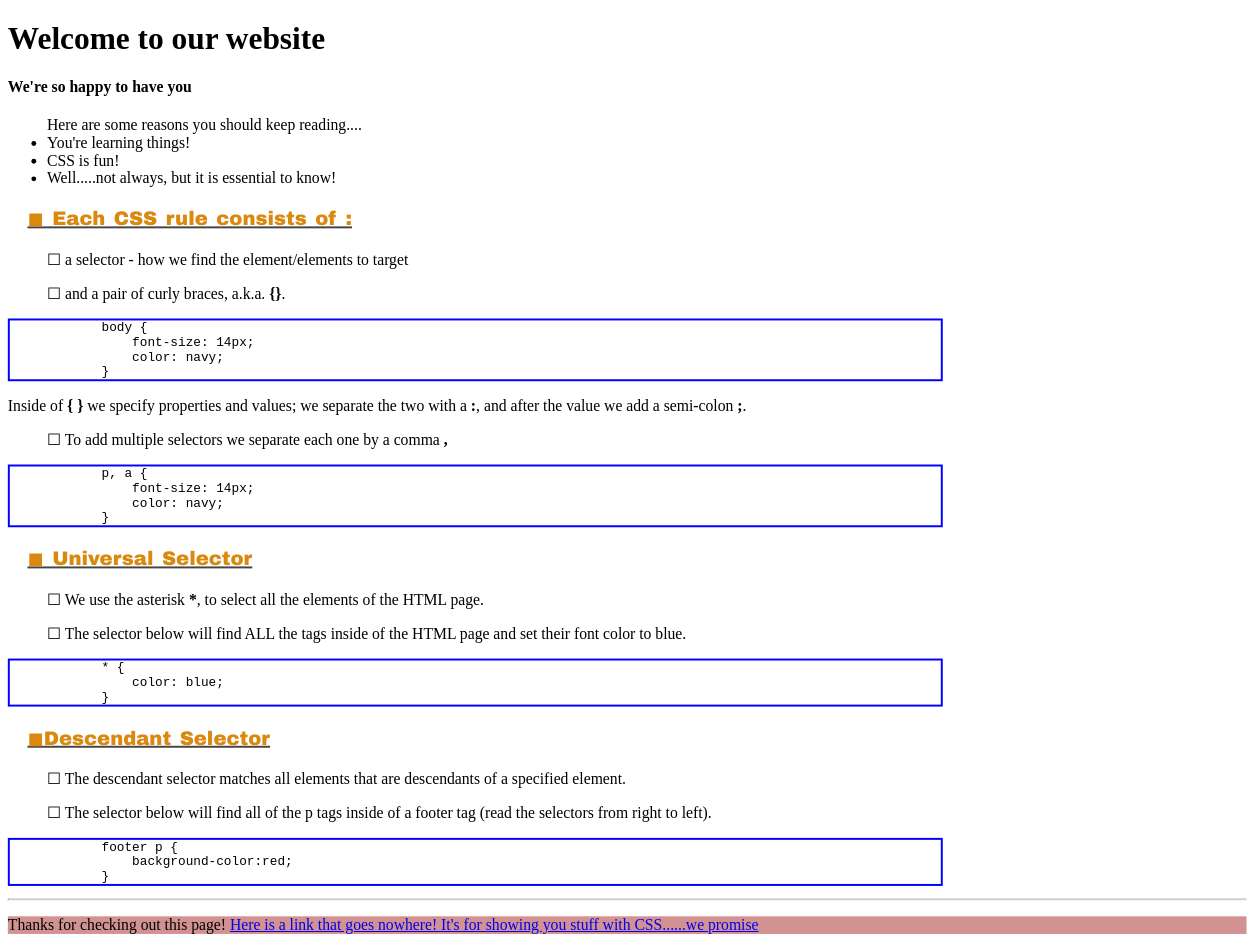
Repository: AnnaSpirit/Tests__
Page: CSS/Useful_Selectors.html
The author's editor kept a copy of each file at every save. The page is drawn from the files as they stood at one save, then again after a run of saves.
The browser window is 1280 px wide. The pictures show the whole page, at 98% of full size.

Above is the page before, as saved 2024-04-01 17:33:16.

### CSS/Useful_Selectors.html
<!DOCTYPE html>
<html lang="en">
<head>
    <meta charset="UTF-8">
    <meta name="viewport" content="width=device-width, initial-scale=1.0">
    <title>Useful Selectors</title>
    <link rel="stylesheet" href="style_Selectors.css">
</head>
<body>
    <header>
        <h1>Welcome to our website</h1>
        <h4>We're so happy to have you</h4>
    </header>
    <section>
        <ul> Here are some reasons you should keep reading....
            <li>You're learning things!</li>
            <li>CSS is fun!</li>
            <li>Well.....not always, but it is essential to know!</li>
        </ul>
    </section>
    <section>
        <h3 style="padding-left: 20px;"> &#9724; Each CSS rule consists of :</h3>
            <p style="padding-left: 40px;"> &#9744; a selector - how we find the element/elements to target</p>
            <p style="padding-left: 40px;"> &#9744; and a pair of curly braces, a.k.a. <b>{}</b>.</p>
    <span >
        <pre style="border: 2px solid blue; margin-right: 310px">
            body {
                font-size: 14px;
                color: navy;
            }</pre></span>
    <p>Inside of <b>{ }</b> we specify properties and values; we separate the two with a <b>:</b>, and after the value we add a semi-colon <b>;</b>.</p>
            <p style="padding-left: 40px;"> &#9744; To add multiple selectors we separate each one by a comma <b>,</b></p>
    <span>
        <pre style="border: 2px solid blue; margin-right: 310px">
            p, a {
                font-size: 14px;
                color: navy;
            }</pre>
        </span>
        <h3 style="padding-left: 20px;"> &#9724; Universal Selector</h3>
        <p style="padding-left: 40px;">&#9744; We use the asterisk <b>*</b>, to select all the elements of the HTML page.</p>
        <p style="padding-left: 40px;">&#9744; The selector below will find ALL the tags inside of the HTML page and set their font color to blue.</p>
    <span>
        <pre style="border: 2px solid blue; margin-right: 310px">
            * {
                color: blue;
            }</pre>
    </span>
    <h3 style="padding-left: 20px;"> &#9724;Descendant Selector</h3>
    <p style="padding-left: 40px;">&#9744; The descendant selector matches all elements that are descendants of a specified element.</p>
    <p style="padding-left: 40px;">&#9744; The selector below will find all of the p tags inside of a footer tag (read the selectors from right to left).</p>
    <span>
        <pre style="border: 2px solid blue; margin-right: 310px">
            footer p {
                background-color:red;
            }</pre>
    </span>
    </section>
    <hr>
    <footer>

        <p>
            Thanks for checking out this page!
            <a href="#">Here is a link that goes nowhere! It's for showing you stuff with CSS......we promise</a>
        </p>
    </footer>
</body>
</html>

### CSS/style_Selectors.css
/* Universal Selector */
/* * {
    color: brown;
} */
footer p {
    background-color: rgb(211, 146, 146);
}
h3{
    color: rgb(218, 137, 14);
    font-family: "Arial Black", Gadget, sans-serif;
        font-size: 20px;
        letter-spacing: 0px;
        word-spacing: 2px;
        color: #DA890E;
        font-weight: normal;
        text-decoration: underline rgb(68, 68, 68);
        font-style: normal;
        font-variant: normal;
        text-transform: none;

}

After the next 2 saves:
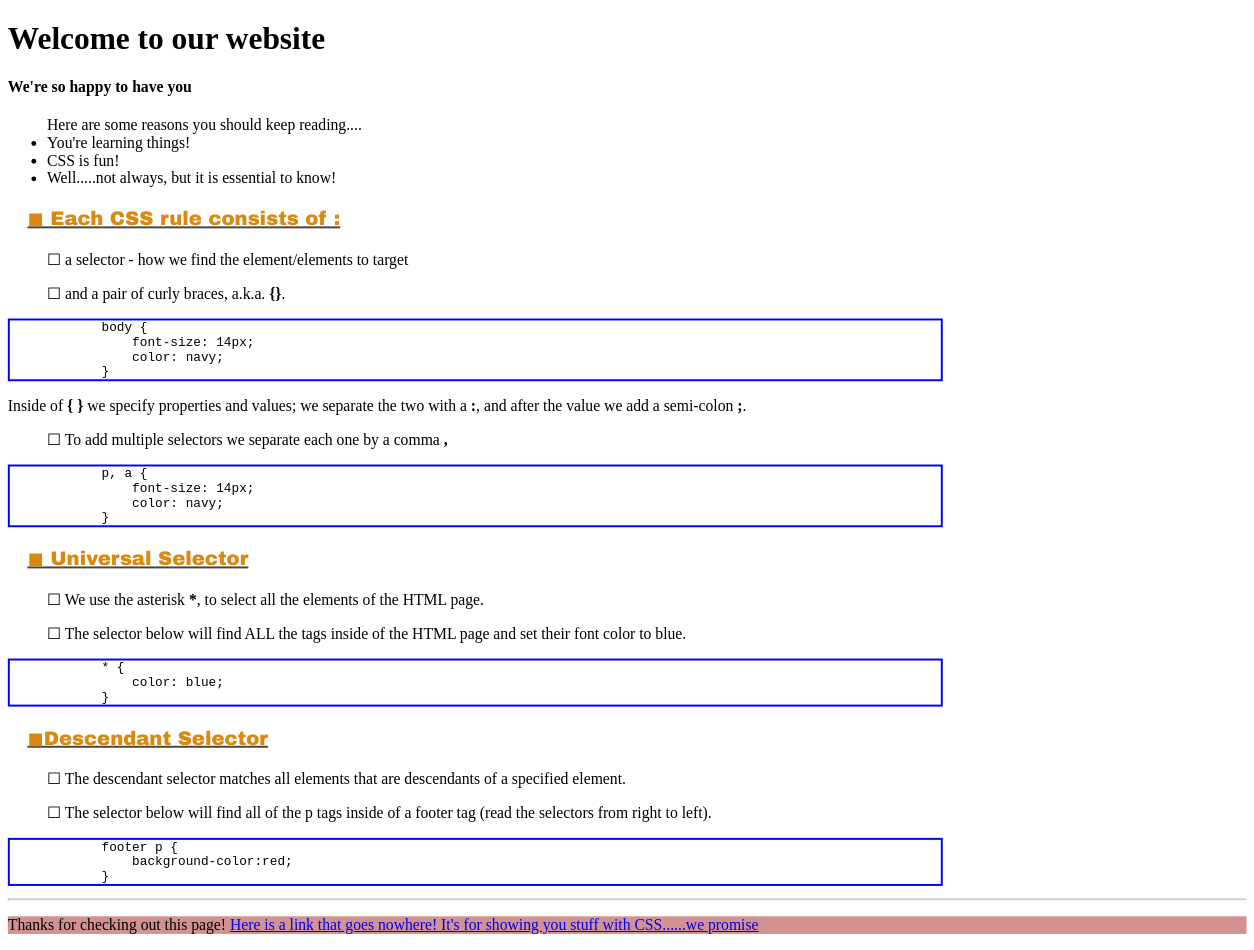
The 2 saves are shown as one change because they came seconds apart.
The last was saved 12 s later.
--- a/CSS/style_Selectors.css
+++ b/CSS/style_Selectors.css
@@ -9,8 +9,6 @@ h3{
     color: rgb(218, 137, 14);
     font-family: "Arial Black", Gadget, sans-serif;
         font-size: 20px;
-        letter-spacing: 0px;
-        word-spacing: 2px;
         color: #DA890E;
         font-weight: normal;
         text-decoration: underline rgb(68, 68, 68);
